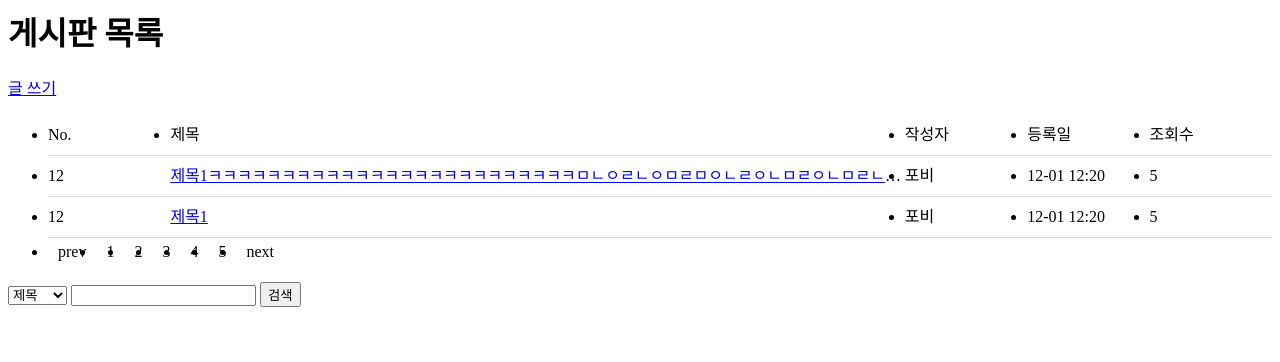
Repository: smg1024/StudySpring
Page: http://localhost/webSpringTest/WEB-INF/views/board/boardList.jsp
An editor plug-in stored every save of this project. The page is shown before and after the next save, followed by the edit.
The browser window is 1280 px wide. The pictures show the whole page.
The page is served by Tomcat 9. Nobody is signed in. The template is opened directly, without the code that normally fills it, so the values that code supplies are empty.

Above is the page before, as saved 2022-12-14 01:37:27.

After the next save:
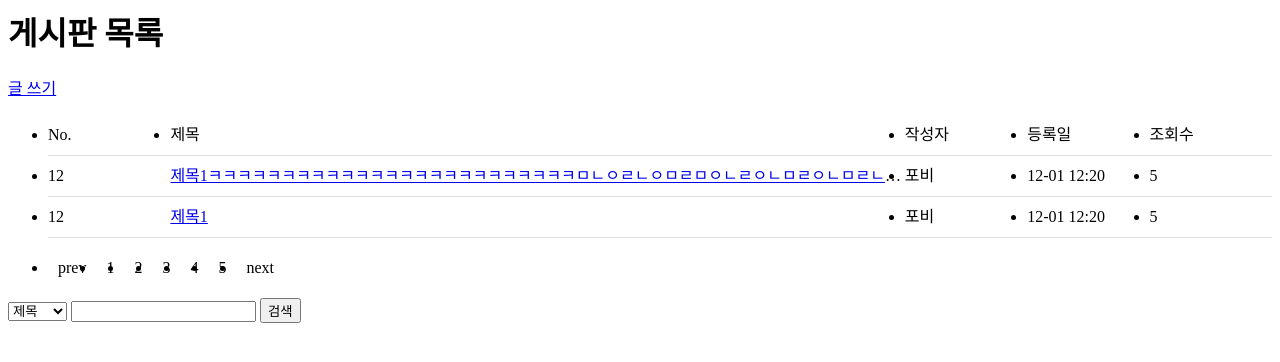
Saved 29 s later.
--- a/webSpringTest/src/main/webapp/js_css/board.css
+++ b/webSpringTest/src/main/webapp/js_css/board.css
@@ -6,7 +6,7 @@
 	text-overflow:ellipsis;
 }
 
-.boardList>ul, .pages>ul{
+.boardList, .pages>ul{
 	overflow:auto;
 }
 
